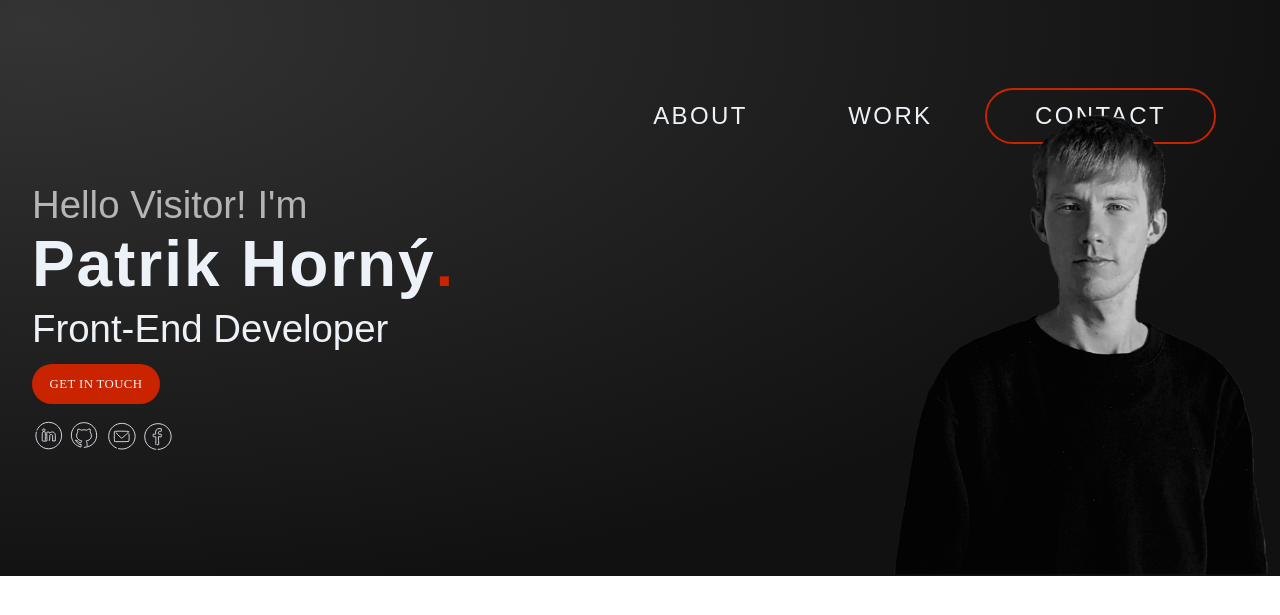
Repository: Spreceriany/portfolio
Page: index.html
The author's editor kept a copy of each file at every save. The page is drawn from the files as they stood at one save, then again after the next save.
The browser window is 1280 px wide. The pictures show the whole page.
Some web fonts or font styles are not loaded; a fallback is used. The style sheet was rebuilt from its Sass, Less or Tailwind sources for each picture, by a compiler version that may differ from the author's.

Above is the page before, as saved 2021-03-07 17:44:14.

After the next save:
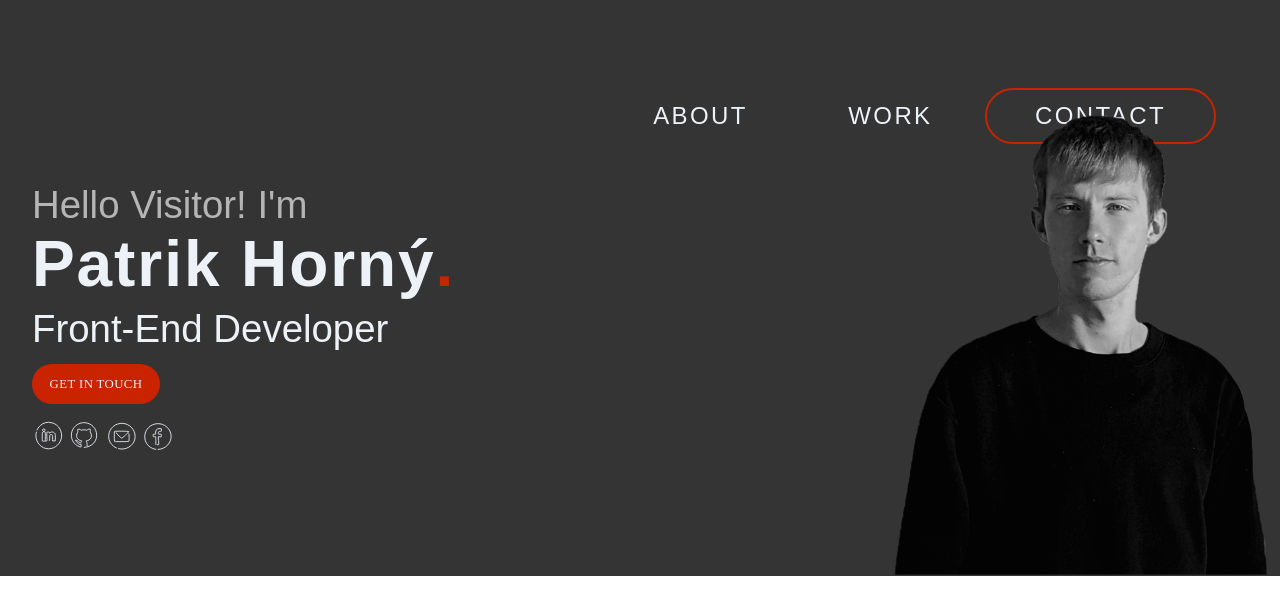
Saved 2 min 34 s later.
--- a/css/style.scss
+++ b/css/style.scss
@@ -109,7 +109,7 @@
   max-width: 120em;
   margin: 0 auto;
   min-height: 80vh;
-  background: radial-gradient(100.93% 100.1% at 2.37% 4.77%, #343434 0%, #111111 100%);
+  background:  #343434;
   display: grid;
   align-items: center;
   justify-content: center;

After the save that followed:
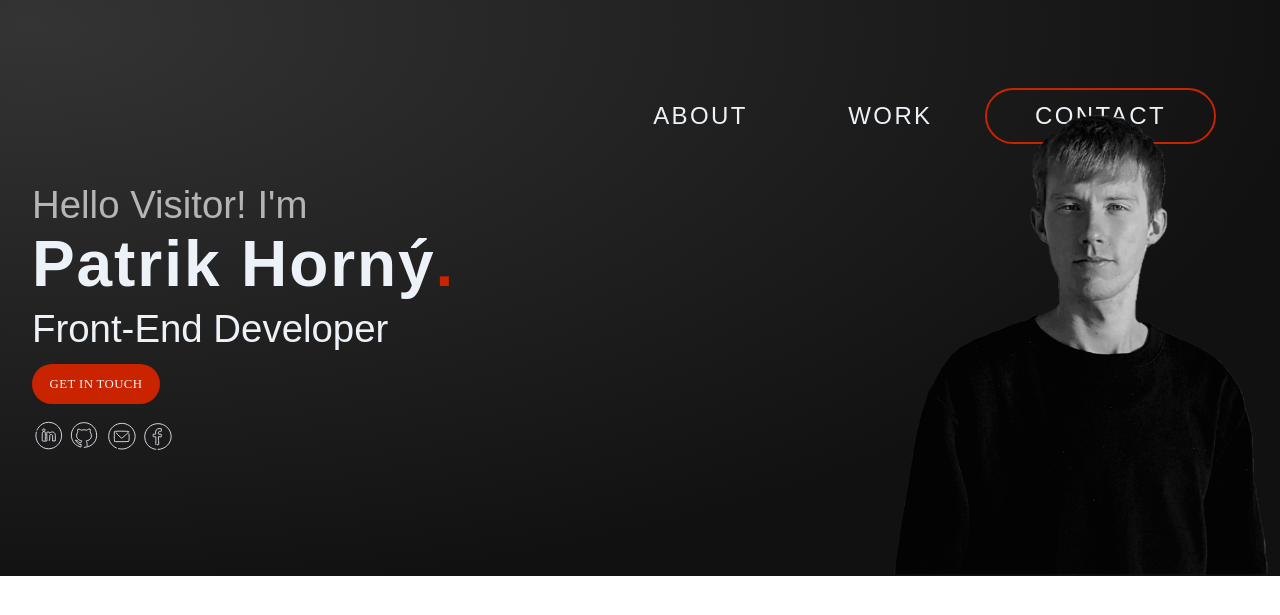
Saved 4 s later.
--- a/css/style.scss
+++ b/css/style.scss
@@ -109,7 +109,7 @@
   max-width: 120em;
   margin: 0 auto;
   min-height: 80vh;
-  background:  #343434;
+  background: radial-gradient(100.93% 100.1% at 2.37% 4.77%, #343434 0%, #111111 100%);
   display: grid;
   align-items: center;
   justify-content: center;
